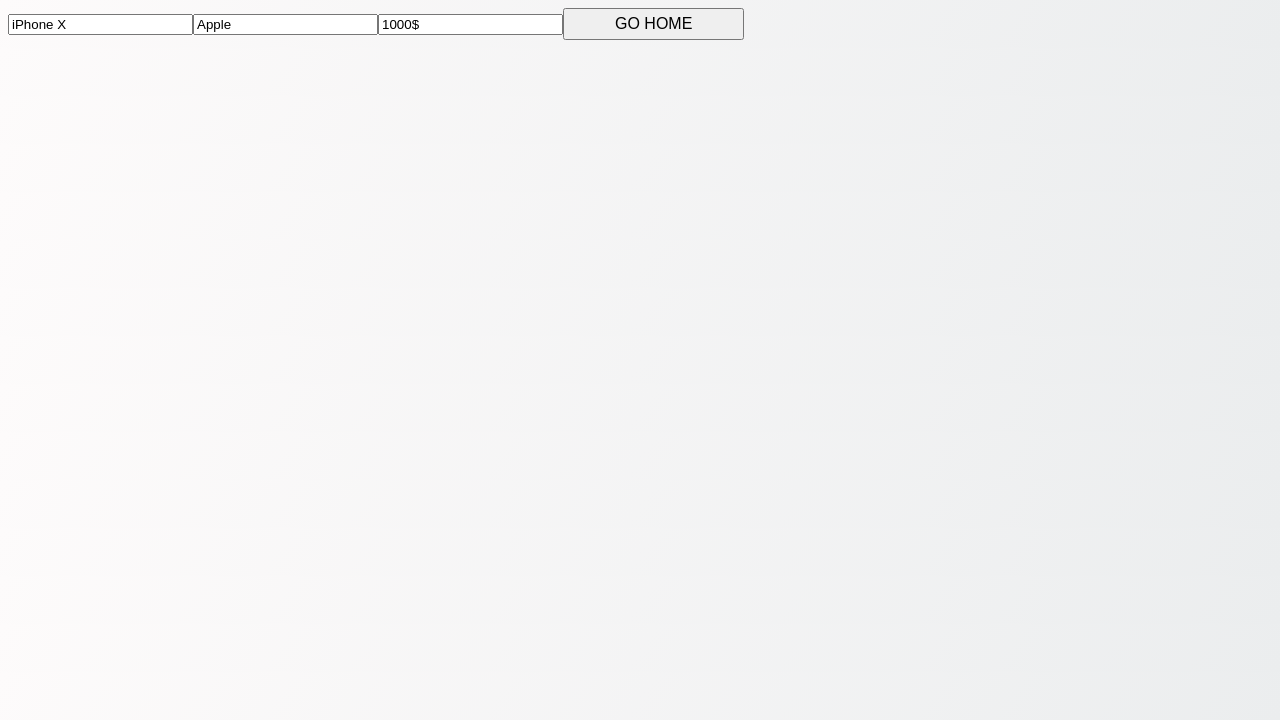
Repository: eytan012/react-ex
Page: /edit/1001
An editor plug-in stored every save of this project. The page is shown before and after the next save, followed by the edit.
The browser window is 1280 px wide. The pictures show the whole page.
Some web fonts or font styles are not loaded; a fallback is used. The project was rebuilt for these pictures with package versions that can differ from the ones it lists, and the page was loaded fresh each time. Requests to the local data server were answered from the project's data file. Also part of the build but not shown: src/components/AddProductForm.jsx, src/utils/alerts.js, src/components/ProductsList.jsx, src/components/Home.jsx.

Above is the page before, as saved 2021-09-13 14:22:37.

### src/index.js
import React from 'react';
import ReactDOM from 'react-dom';
import App from './App';
import "./App.css";

ReactDOM.render(
  <React.StrictMode>
    <App />
  </React.StrictMode>,
  document.getElementById('root')
);

### src/App.js
import { useState, useEffect } from "react";
import "./App.css";
import axios from "axios";
import AddProductForm from "./components/AddProductForm";
import { BrowserRouter as Router, Switch, Route } from "react-router-dom";
import Home from "./components/Home";
import EditProductForm from "./components/EditProductForm";

function App() {
  const [products, setProducts] = useState([]);
  const [isLoading, setIsLoading] = useState(true);
  useEffect(() => {
    getData();
    console.log("use effect");
  }, []);

  const getData = async () => {
    try {
      setIsLoading(true);
      const req = await axios.get("http://localhost:3007/products");
      if (req.status === 200) {
        setProducts(req.data);
        setIsLoading(false);
      }
    } catch (err) {
      setIsLoading(false);
      console.log(err);
      alert(err.message);
    }
  };

  return (
    <Router>
      <>
        <Switch>
          <Route exact path={"/"}>
            <Home
              products={products}
              setProducts={setProducts}
              isLoading={isLoading}
              setIsLoading={setIsLoading}
            />
          </Route>
          <Route path="/add">
            <AddProductForm products={products} setProducts={setProducts} />
          </Route>
          <Route path="/edit/:id">
            <EditProductForm/>
          </Route>
        </Switch>
      </>
    </Router>
  );
}

export default App;

### src/App.css
@import url('https://fonts.googleapis.com/css2?family=Fira+Sans+Extra+Condensed:ital,wght@0,100;0,200;0,300;0,400;0,500;0,600;0,700;0,800;0,900;1,100;1,200;1,300;1,400;1,500;1,600;1,700;1,800;1,900&display=swap');
@import url('https://fonts.googleapis.com/css2?family=Heebo:wght@100;200;300;400;500;600;700;800;900&display=swap');
@import url('https://fonts.googleapis.com/css2?family=Roboto:ital,wght@0,100;0,300;0,400;0,500;0,700;0,900;1,100;1,300;1,400;1,500;1,700;1,900&display=swap');

:root {
    --font1: 'Heebo', sans-serif;
    --font2: 'Fira Sans Extra Condensed', sans-serif;
    --font3: 'Roboto', sans-serif
}

body {
    font-family: var(--font3);
    background-image: linear-gradient(120deg, #fdfbfb 0%, #ebedee 100%)
}

h2 {
    font-weight: 900
}

.container-fluid {
    max-width: 1200px
}

.card {
    background: #fff;
    border: 0;
    border-radius: 1rem;
    height:100%;
}

.card-img,
.card-img-top {
    border-top-left-radius: calc(1rem - 1px);
    border-top-right-radius: calc(1rem - 1px)
}

.card h5 {
    overflow: hidden;
    height: 56px;
    font-weight: 900;
    font-size: 1rem
}

.card-img-top {
    width: 100%;
    max-height: 180px;
    object-fit: contain;
    padding: 30px
}

.card h2 {
    font-size: 1rem
}

.label-top {
    position: absolute;
    background-color: #8bc34a;
    color: #fff;
    top: 8px;
    right: 8px;
    padding: 5px 10px 5px 10px;
    font-size: .7rem;
    font-weight: 600;
    border-radius: 3px;
    text-transform: uppercase
}

.top-right {
    position: absolute;
    top: 24px;
    left: 24px;
    width: 90px;
    height: 90px;
    border-radius: 50%;
    font-size: 1rem;
    font-weight: 900;
    background: #ff5722;
    line-height: 90px;
    text-align: center;
    color: white
}

.top-right span {
    display: inline-block;
    vertical-align: middle
}

@media (max-width: 768px) {
    .card-img-top {
        max-height: 250px
    }
}

.over-bg {
    background: rgba(53, 53, 53, 0.85);
    backdrop-filter: blur(0.0px);
    -webkit-backdrop-filter: blur(0.0px);
    border-radius: 10px
}

.btn {
    font-size: 1rem;
    font-weight: 500;
    text-transform: uppercase;
    padding: 5px 50px 5px 50px
}

.box .btn {
    font-size: 1.5rem
}

@media (max-width: 1025px) {
    .btn {
        padding: 5px 40px 5px 40px
    }
}

@media (max-width: 250px) {
    .btn {
        padding: 5px 30px 5px 30px
    }
}

.btn-warning {
    background: none #f7810a;
    color: #ffffff;
    fill: #ffffff;
    border: none;
    text-decoration: none;
    outline: 0;
    border-radius: 100px
}

.btn-warning:hover {
    background: none #ff962b;
    color: #ffffff;
}

.bg-success {
    font-size: 1rem;
    background-color: #f7810a !important
}

.bg-danger {
    font-size: 1rem
}

.price-hp {
    font-size: 1rem;
    font-weight: 600;
    color: darkgray
}

.amz-hp {
    font-size: .7rem;
    font-weight: 600;
    color: darkgray
}

.fa-question-circle:before {
    color: darkgray
}

.fa-plus:before {
    color: darkgray
}


.box-img {
    max-width: 300px
}

.thumb-sec {
    max-width: 300px
}

@media (max-width: 576px) {
    .box-img {
        max-width: 200px
    }

    .thumb-sec {
        max-width: 200px
    }
}

.inner-gallery {
    width: 60px;
    height: 60px;
    border: 1px solid #ddd;
    border-radius: 3px;
    margin: 1px;
    display: inline-block;
    overflow: hidden;
    -o-object-fit: cover;
    object-fit: cover
}

@media (max-width: 370px) {
    .box .btn {
        padding: 5px 40px 5px 40px;
        font-size: 1rem
    }
}

.disclaimer {
    font-size: .9rem;
    color: darkgray
}

.related h3 {
    font-weight: 900
}

footer {
    background: #212529;
    height: 80px;
    color: #fff
}

.editAddButtons{
    font-size: 1.2rem;
}
.addButton{
    margin-left: 13px;
}

### src/components/EditProductForm.jsx
import axios from "axios";
import React, { useEffect, useState } from "react";
import { useParams, useHistory, useLocation } from "react-router-dom";
const EditProductForm = () => {
  const { id } = useParams();
  const history = useHistory();
  const location = useLocation();
  const [productToEdit, setProductToEdit] = useState(null);
  useEffect(() => {
    getProductById();
    console.log("productToEdit:", productToEdit);
  }, []);

  const getProductById = async () => {
    const req = await axios.get(`http://localhost:3007/products/${id}`);
    if (req.status === 200 || req.status === 201) {
      setProductToEdit(req.data);
    }
  };
  const handleEdit = (e) => {
    console.log("name:", e.target.name);
    console.log("value:", e.target.value);
    setProductToEdit({ ...productToEdit, [e.target.name]: e.target.value });
    console.log(productToEdit);
  };
  return (
    <div>
      <input
        type="text"
        name="name"
        placeholder="Model name"
        onChange={(e) => {
          handleEdit(e);
        }}
        value={productToEdit ? productToEdit.name : ""}
      />
      <input
        type="text"
        name="brand"
        placeholder="Brand"
        onChange={(e) => {
          handleEdit(e);
        }}
        value={productToEdit ? productToEdit.brand : ""}
      />
            <input
        type="text"
        name="price"
        placeholder="Price"
        onChange={(e) => {
          handleEdit(e);
        }}
        value={productToEdit ? productToEdit.price : ""}
      />

      <button className="btn btn-primary">go home</button>
    </div>
  );
};

export default EditProductForm;

### server-api/db.json
{
  "products": [
    {
      "id": "1001",
      "name": "iPhone X",
      "brand": "Apple",
      "price": "1000$",
      "imgUrl": "https://fdn2.gsmarena.com/vv/bigpic/apple-iphone-x.jpg"
    },
    {
      "id": "1002",
      "name": "iPhone 12",
      "brand": "Apple",
      "price": "2000$",
      "imgUrl": "https://fdn2.gsmarena.com/vv/bigpic/apple-iphone-12.jpg"
    },
    {
      "id": "1003",
      "name": "Mi 10 Lite",
      "brand": "Xiaomi",
      "price": "500$",
      "imgUrl": "https://fdn2.gsmarena.com/vv/bigpic/xiaomi-mi10-lite-5g.jpg"
    },
    {
      "id": "1004",
      "name": "Galaxy S20 Plus",
      "brand": "Samsung",
      "price": "1050$",
      "imgUrl": "https://www.theme-junkie.com/wp-content/uploads/tumblr-mobile-theme-660x440.png"
    }
  ]
}

After the next save:
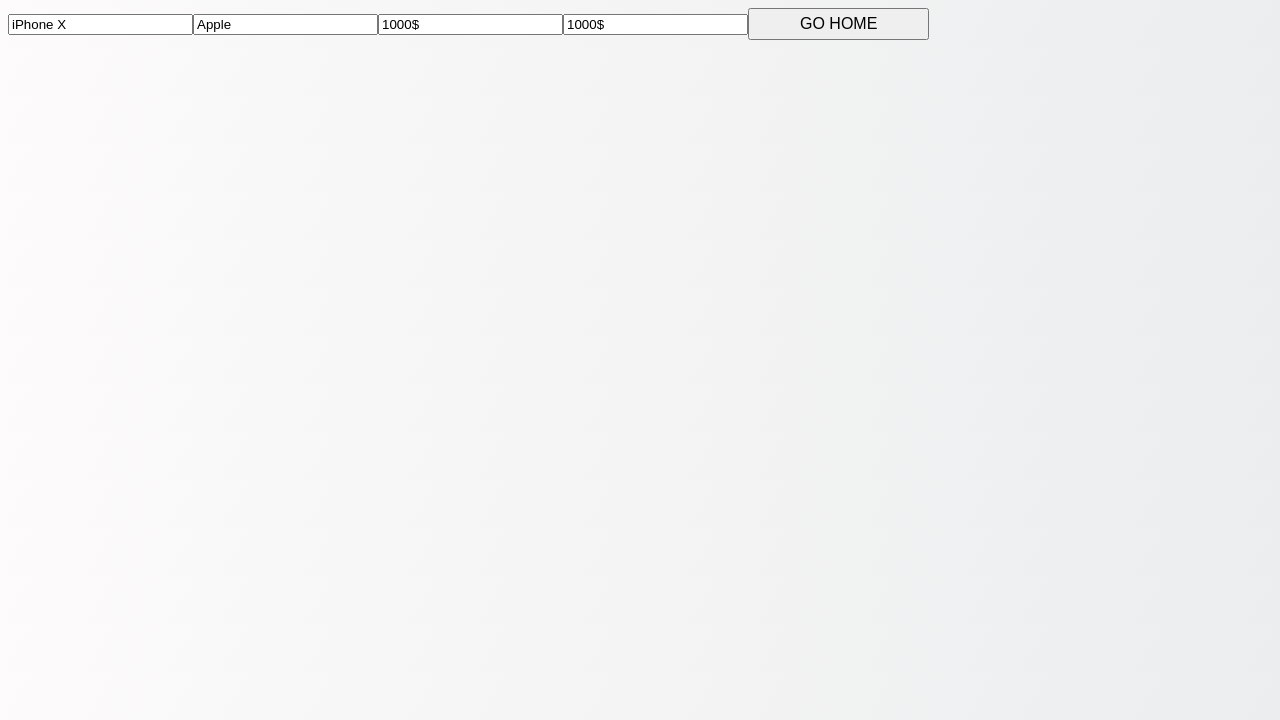
Saved 14 s later.
--- a/src/components/EditProductForm.jsx
+++ b/src/components/EditProductForm.jsx
@@ -52,6 +52,15 @@ const EditProductForm = () => {
         }}
         value={productToEdit ? productToEdit.price : ""}
       />
+                  <input
+        type="text"
+        name="price"
+        placeholder="Price"
+        onChange={(e) => {
+          handleEdit(e);
+        }}
+        value={productToEdit ? productToEdit.price : ""}
+      />
 
       <button className="btn btn-primary">go home</button>
     </div>
